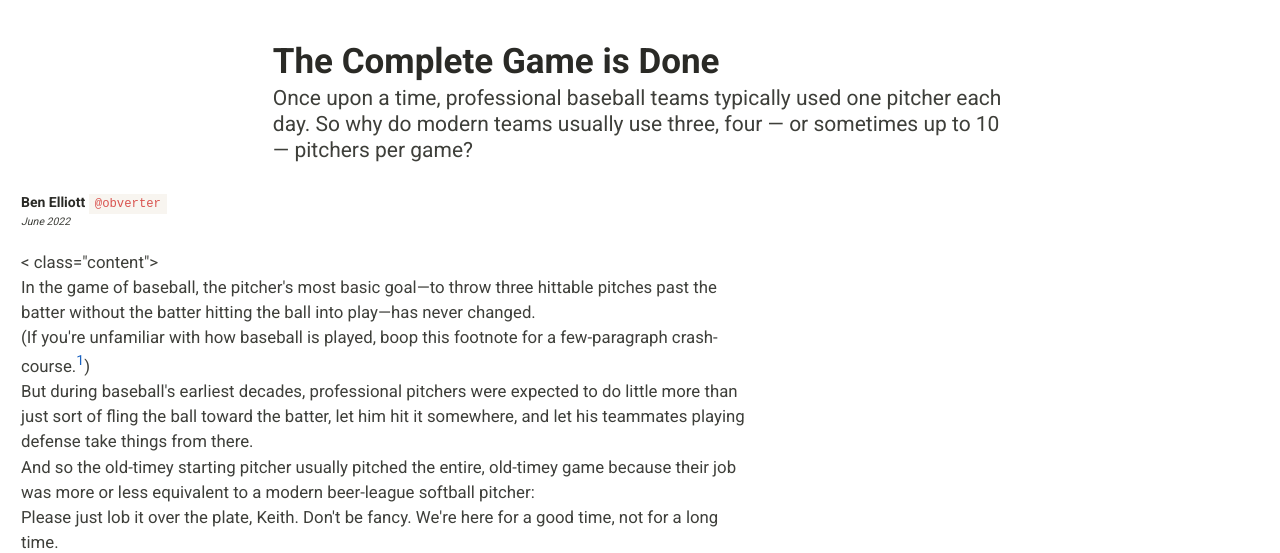
Repository: obverter/complete-games-are-done
Page: index.html
The author's editor kept a copy of each file at every save. The page is drawn from the files as they stood at one save, then again after the next save.
The browser window is 1280 px wide. The pictures show the part of the page from y = 0 to 553 px (the page is 1767 px tall before and 1387 px after).
Pictures or frames that could not be fetched are drawn as grey boxes.

Above is the page before, as saved 2022-06-24 22:38:35.

After the next save:
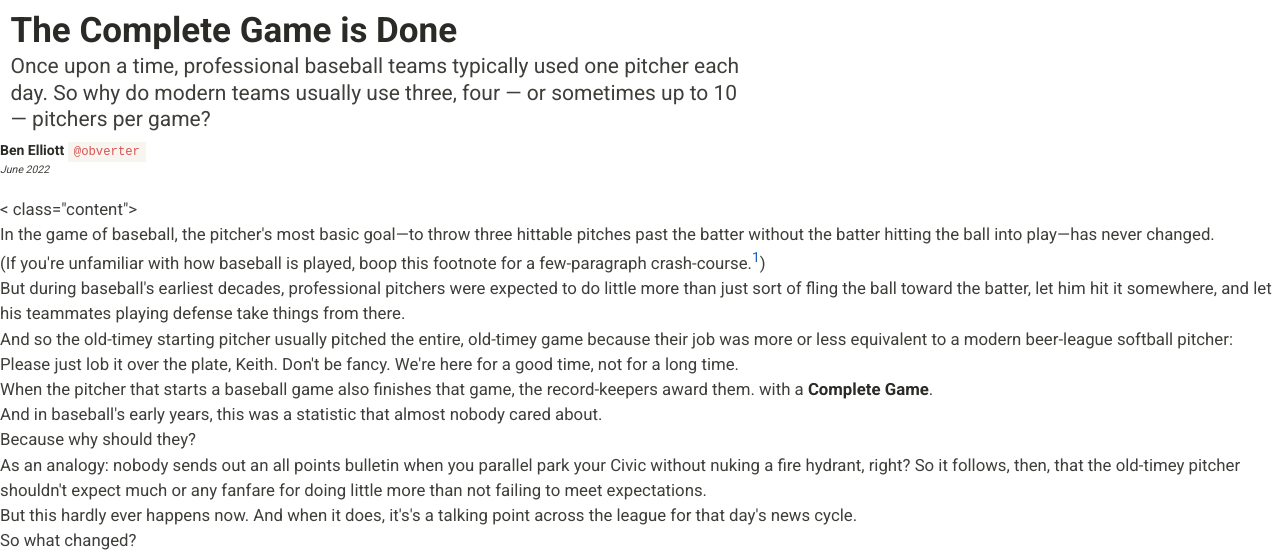
Saved 2 min 37 s later.
--- a/index.html
+++ b/index.html
@@ -9,10 +9,7 @@
     </head>
 
     <body>
-        <section class="section">
-            <div class="content is-0">
-                <div class="columns is-multiline">
-                    <div class="column is-one-fifth"></div>
+
                     <div class="column is-three-fifths">
                         <h1 class="title is-2">The Complete Game is Done</h1>
                         <!-- todo: Title above is the Content title. -->
@@ -25,10 +22,7 @@
                         </p>
                     </div>
                     <!-- <div class="column is-one-fifth"></div> -->
-                </div>
-            </div>
-            <div class="columns">
-                <div class="column is-three-fifths">
+
                     <h6 class="title is-6">
                         Ben Elliott <code>@obverter</code>
                     </h6>
@@ -193,6 +187,5 @@
                                 ></sup
                                 >
 
-        </section>
     </body>
 </html>
